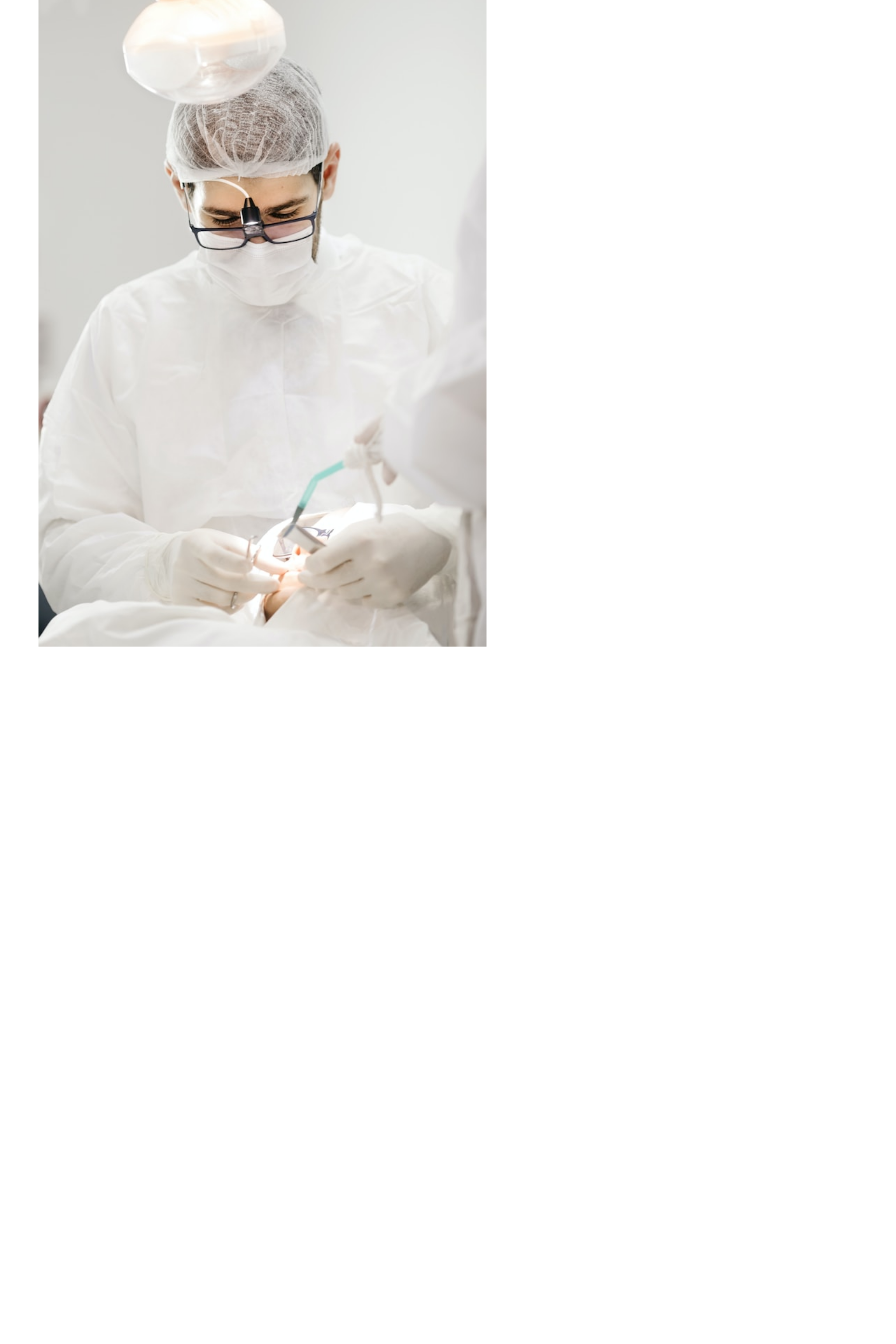
Repository: dongnguyen2112/htmlcss-project-03
Page: index.html
These files come from the project's save history. The page is drawn as it stood at one moment and after a run of saves; the edit follows.
The browser window is 1280 px wide. The pictures show the part of the page from y = 3657 to 5577 px (the page is 5720 px tall), at 70% of full size.

Above is the page before, as saved 2023-08-02 20:37:56.

After the next 2 saves:
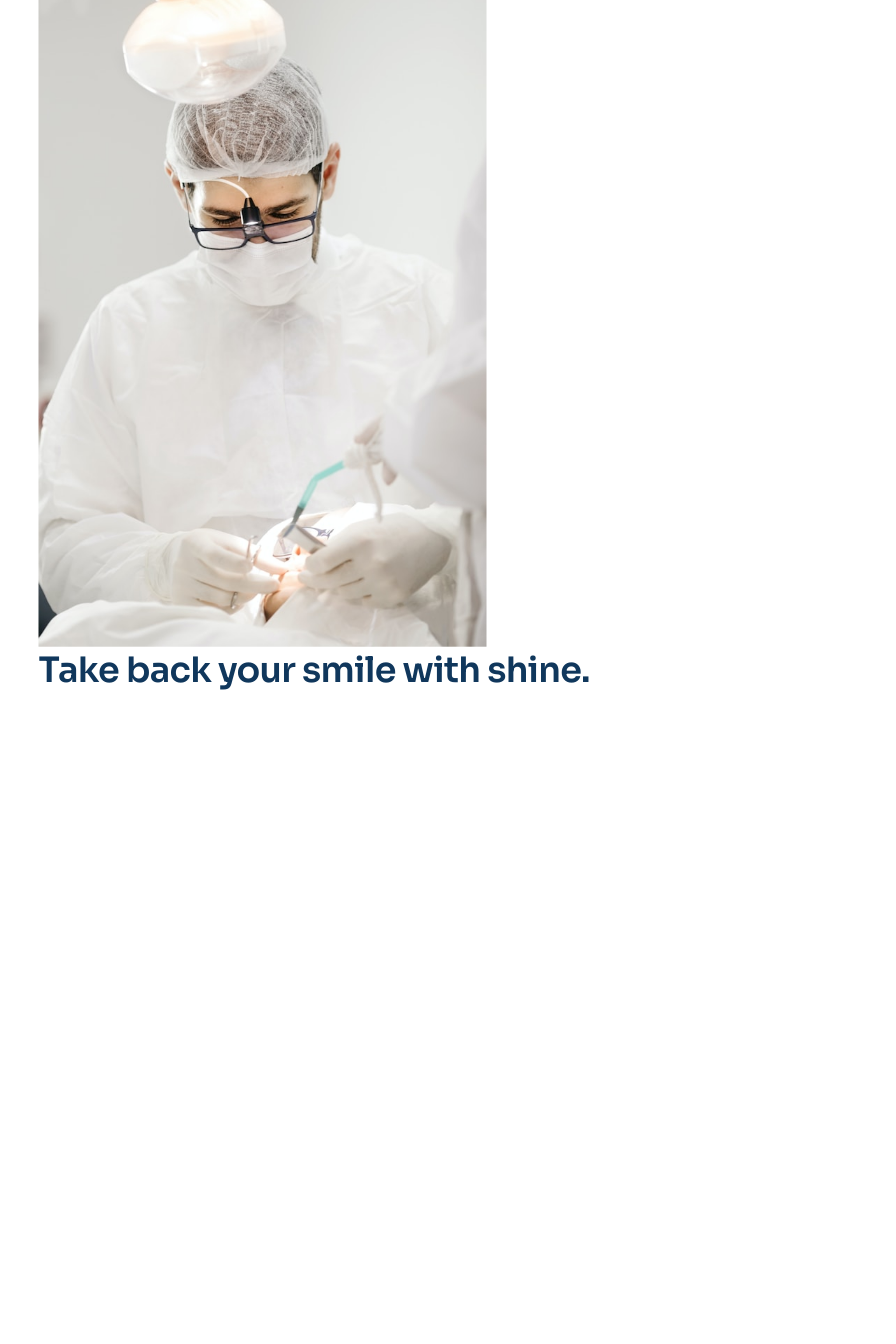
The 2 saves are shown as one change because they came seconds apart.
The last was saved 17 s later.
--- a/index.html
+++ b/index.html
@@ -353,8 +353,9 @@
                     </div>
                     <section class="feature__media">
                         <h2 class="section-heading">
+                            Take back your smile with shine.
+                        </h2>
 
-                        </h2>
                     </section>
                 </div>
             </div>
